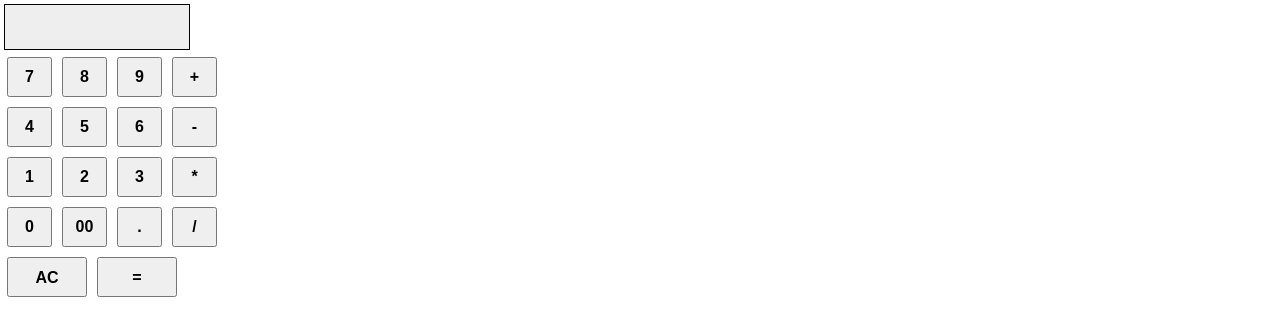
Repository: Kokoro-jp/calculatorApp
Page: index.html
The author's editor kept a record of every edit. The page is drawn from the files as they stood at one moment, then again after the next edit.
The browser window is 1280 px wide. The pictures show the whole page.

Above is the page before.

After the next edit:
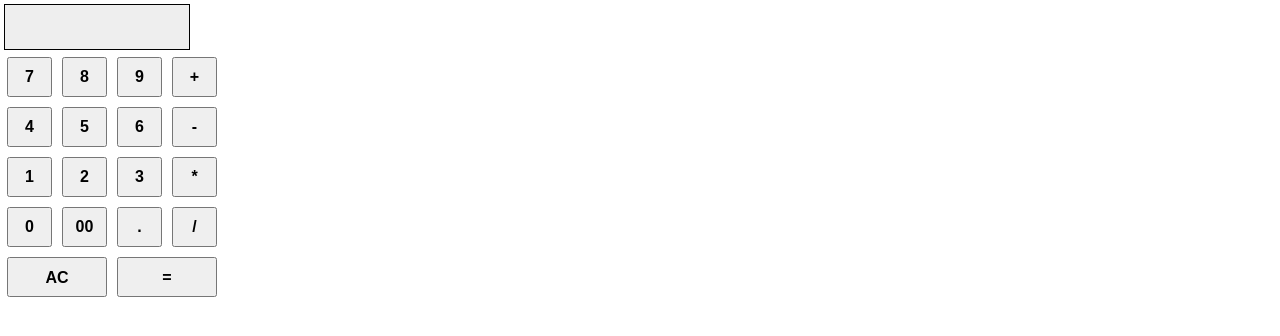
The edit:
--- a/main.css
+++ b/main.css
@@ -36,7 +36,7 @@
 
 .longbutton{
     display: flex;
-    width: 80px;
+    width: 100px;
     justify-content:center;
     padding-top: 10px;
 }
